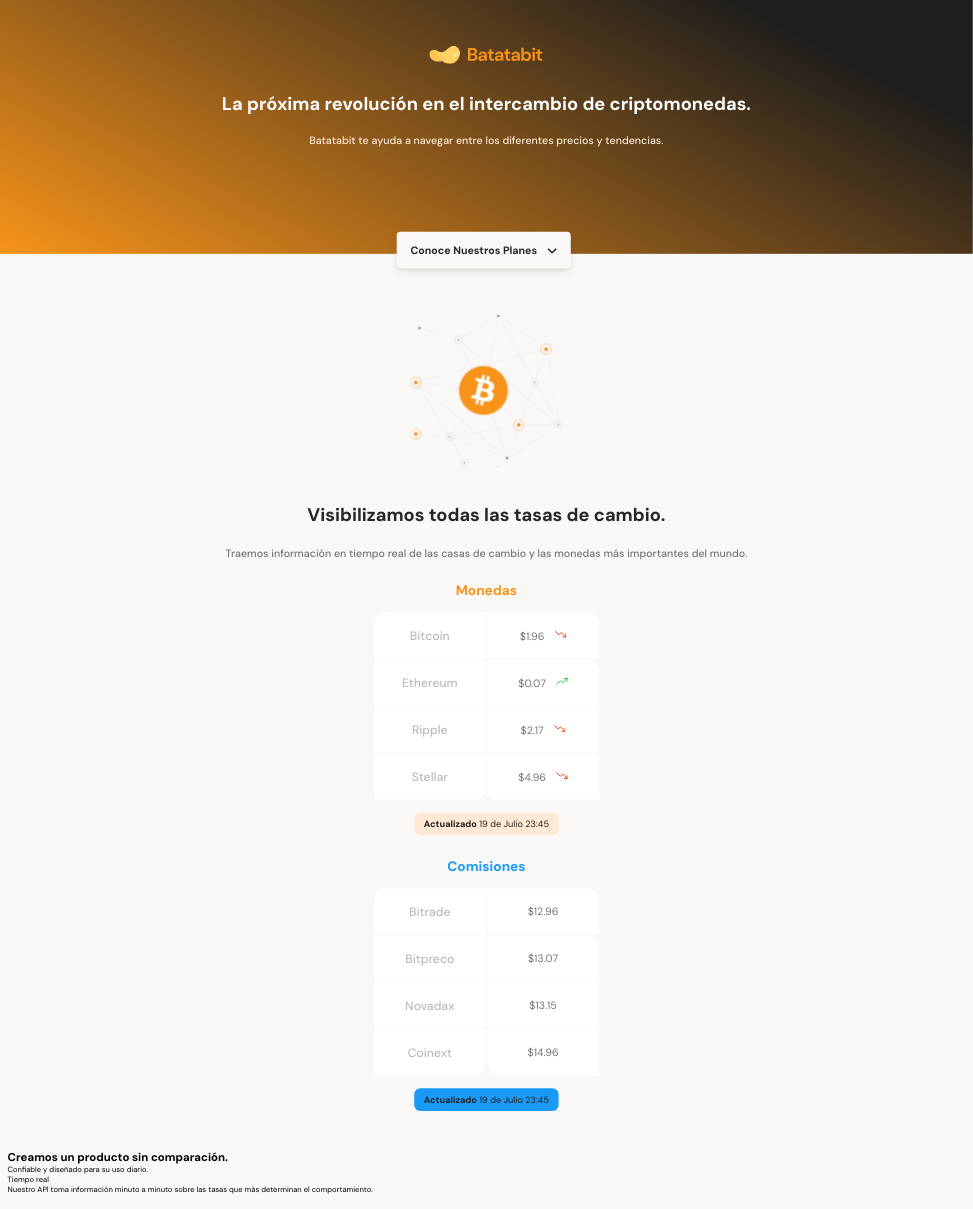
Repository: ChristianGecchelin/spa-full-css-html
Page: index.html
These files come from the project's save history. The page is drawn as it stood at one moment and after the next save; the edit follows.
The browser window is 1280 px wide. The pictures show the whole page, at 76% of full size.

Above is the page before, as saved 2021-11-29 19:41:20.

### index.html
<!DOCTYPE html>
<html lang="en">
  <head>
    <meta charset="UTF-8" />
    <meta http-equiv="X-UA-Compatible" content="IE=edge" />
    <meta name="viewport" content="width=device-width, initial-scale=1.0" />
    <title></title>
    <link rel="preconnect" href="https://fonts.googleapis.com" />
    <link rel="preconnect" href="https://fonts.gstatic.com" crossorigin />
    <link
      href="https://fonts.googleapis.com/css2?family=DM+Sans:wght@400;500;700&family=Inter:wght@300;500&display=swap"
      rel="stylesheet"
    />
    <link rel="stylesheet" href="./styles/styles.css" />
  </head>
  <!-- shift+alt+A para comentar -->
  <body>
    <header>
      <!-- Las etiquetas principales no necesitan ponerle clase porque solo hay una en el archivo -->
      <img src="./assets/img/logo.svg" alt="logo" />
      <div class="header--title-container">
        <h1>La próxima revolución en el intercambio de criptomonedas.</h1>
        <p>
          Batatabit te ayuda a navegar entre los diferentes precios y
          tendencias.
        </p>
        <a class="header--button" href=""
          >Conoce Nuestros Planes <span></span
        ></a>
      </div>
    </header>
    <main>
      <section class="main-exchange-container">
        <div class="backgroundImg"></div>
        <div class="main-exchange-container--title">
          <h2>Visibilizamos todas las tasas de cambio.</h2>
          <p>
            Traemos información en tiempo real de las casas de cambio y las
            monedas más importantes del mundo.
          </p>
        </div>
        <section class="main-tables-container">
          <!-- creo otra seccion porque tengo mucha información para mostrar -->
          <div class="main-currency-table">
            <p class="currency-table--title">Monedas</p>
            <div class="currency-table--container">
              <table>
                <tr>
                  <!-- table row --><!-- table data, info de la tabla -->
                  <td class="table__top-left">Bitcoin</td>
                  <td class="table__top-right table__right">
                    $1.96 <span class="down"></span>
                  </td>
                </tr>
                <tr>
                  <td>Ethereum</td>
                  <td class="table__top-right table__right">
                    $0.07 <span class="up"></span>
                  </td>
                </tr>
                <tr>
                  <td>Ripple</td>
                  <td class="table__right">$2.17 <span class="down"></span></td>
                </tr>
                <tr>
                  <td class="table__bottom-left">Stellar</td>
                  <td class="table__bottom-right table__right">
                    $4.96 <span class="down"></span>
                  </td>
                </tr>
              </table>
            </div>
            <div class="currency-table--date">
              <p><b>Actualizado</b> 19 de Julio 23:45</p>
            </div>
          </div>
          <div class="main-comissions-table">
            <p class="comissions-table--title">Comisiones</p>
            <div class="comissions-table--container">
              <table>
                <tr>
                  <!-- table row --><!-- table data, info de la tabla -->
                  <td class="table__top-left">Bitrade</td>
                  <td class="table__top-right table__right">$12.96</td>
                </tr>
                <tr>
                  <td>Bitpreco</td>
                  <td class="table__top-right table__right">$13.07</td>
                </tr>
                <tr>
                  <td>Novadax</td>
                  <td class="table__right">$13.15</td>
                </tr>
                <tr>
                  <td class="table__bottom-left">Coinext</td>
                  <td class="table__bottom-right table__right">$14.96</td>
                </tr>
              </table>
            </div>
            <div class="comissions-table--date">
              <p><b>Actualizado</b> 19 de Julio 23:45</p>
            </div>
          </div>
        </section>
      </section>
      <section class="main-product-detail">
        <span></span>
        <div class="product-detail--title">
          <h2>Creamos un producto sin comparación.</h2>
          <p>Confiable y diseñado para su uso diario.</p>
        </div>
        <section class="product-cards--container">
          <article class="product-detail--card">
            <span class="clock"></span>
            <p class="product--card-title">Tiempo real</p>
            <p class="product--card-body">
              Nuestro API toma información minuto a minuto sobre las tasas que
              más determinan el comportamiento.
            </p>
          </article>
        </section>
      </section>
      <section></section>
      <section></section>
    </main>
    <footer></footer>
  </body>
</html>

### styles/styles.css
/* shift+alt+A para comentar */
/*  1° estilos relacionados a posicionamiento
    2° Modelo de caja (box model width height lo que da dimensión)
    3° Tipografías
    4° Visuales (sombras)
    5° Otros */
:root {
  /* colores (creo variables para no andar buscando los codigos */
  --bitcoin-orange: #f7931a;
  --soft-orange: #ffe9d5;
  --secondary-blue: #1a9af7;
  --soft-blue: #e7f5ff;
  --warm-black: #201e1c;
  --black: #282623;
  --grey: #bababa;
  --off-white: #faf8f7;
  --just-white: #fff;
}
* {
  box-sizing: border-box;
  margin: 0;
  padding: 0;
}
html {
  font-size: 62.5%;
  font-family: "DM Sans", sans-serif;
}
header {
  position: relative;
  display: flex;
  flex-direction: column;
  justify-content: center;
  width: 100%;
  min-width: 320px; /* dimensión más chica en moviles */
  height: 334px;
  text-align: center;
  background: linear-gradient(
    207.8deg,
    #201e1c 16.69%,
    #f7931a 100%
  ); /* el fondo con gradiente */
}
header img {
  width: 150px;
  height: 24px;
  margin-top: 60px;
  align-self: center; /* alineo al hijo (el padre debe tener flex) este caso es alineado horizontal porque el flex-direction es column */
}
.header--title-container {
  width: 90%; /* ocupa el 90% entre 288 y 900px */
  min-width: 288px;
  max-width: 900px;
  height: 218px;
  margin-top: 40px;
  text-align: center;
  align-self: center; /* centro el contenedor */
}
.header--title-container h1 {
  font-size: 2.4rem;
  font-weight: 700;
  line-height: 2.6rem;
  color: var(
    --just-white
  ); /* llamo la variable que cree en root para los colores */
}
.header--title-container p {
  margin-top: 25px;
  font-size: 1.4rem;
  font-weight: 500;
  line-height: 1.8rem;
  color: var(--soft-orange);
}
.header--title-container .header--button {
  position: absolute;
  top: 270px;
  left: calc(
    50% - 118px
  ); /* es importante dejar espacios entre el signo menos y los valores */
  display: block;
  margin-top: 35px;
  padding: 15px;
  width: 229px;
  height: 48px;
  background-color: var(--off-white);
  font-size: 1.4rem;
  font-weight: 700;
  text-decoration: none;
  color: var(--black);
  /* sombras */
  box-shadow: 0px 4px 8px rgba(89, 73, 30, 0.16);
  border: none;
  border-radius: 5px;
}
.header--button span {
  display: inline-block;
  width: 13px;
  height: 8px;
  margin-left: 10px;
  background-image: url(../assets/icons/down-arrow.svg);
}
main {
  width: 100%;
  height: auto;
  background-color: var(--off-white);
  min-width: 320px;
}
.main-exchange-container {
  width: 100%;
  height: auto;
  padding-top: 80px;
  padding-bottom: 30px;
  text-align: center;
}
.main-exchange-container--title {
  width: 90%;
  min-width: 288px;
  max-width: 900px;
  margin: 0 auto;
}
.main-exchange-container .backgroundImg {
  /* le tengo que dar dimensiones porque en el html la imagen no existe */
  width: 200px;
  height: 200px;
  margin: 0 auto;
  margin-bottom: 50px;
  background-image: url(../assets/img/Bitcoin.svg);
  background-size: cover;
  background-position: center;
  background-repeat: no-repeat; /* con estas propiedades de background garantizo que la imagen siempre va a estar centrada y que ocupe el espacio correcto */
}
.main-exchange-container h2 {
  margin-bottom: 30px;
  font-size: 2.4rem;
  font-weight: 700;
  line-height: 2.6rem;
  color: var(--black);
}
.main-exchange-container p {
  margin-bottom: 30px;
  font-size: 1.4rem;
  font-weight: 500;
  line-height: 1.6rem;
  color: #757575;
}
.main-currency-table .main-comissions-table {
  width: 70%;
  min-width: 235px;
  max-width: 500px;
  height: 360px;
  margin: 0 auto;
  font-family: "inter", "sans-serif";
}
.main-currency-table .currency-table--title,
.main-comissions-table .comissions-table--title {
  margin-bottom: 15px;
  font-size: 1.8rem;
  font-weight: bold;
  line-height: 2.3rem;
  color: var(--bitcoin-orange);
}
.main-comissions-table .comissions-table--title {
  margin-top: 30px;
  color: var(--secondary-blue);
}
.main-currency-table .currency-table--container,
.main-comissions-table .comissions-table--container {
  width: 90%;
  min-width: 230px;
  max-width: 300px;
  height: 250px;
  margin: 0 auto;
}
.currency-table--container table,
.comissions-table--container table {
  width: 100%;
  height: 100%;
}
.currency-table--container td,
.comissions-table--container td {
  width: 50%;
  font-size: 1.6rem;
  font-weight: 500;
  line-height: 1.9rem;
  color: var(--grey);
  background-color: var(--just-white);
}
.currency-table--container .table__top-left,
.comissions-table--container .table__top-left {
  border-radius: 15px 0 0 0;
}
.currency-table--container .table__top-right,
.comissions-table--container .table__top-right {
  border-radius: 0 15px 0 0;
}
.currency-table--container .table__bottom-left,
.comissions-table--container .table__bottom-left {
  border-radius: 0 0 15px 0;
}
.currency-table--container .table__bottom-right,
.comissions-table--container .table__bottom-right {
  border-radius: 0 0 0 15px;
}
.currency-table--container .table__right,
.comissions-table--container .table__right {
  font-size: 1.4rem;
  font-weight: normal;
  line-height: 1.7rem;
  color: #757575;
}
.currency-table--container .down,
.main-comissions-table .down {
  display: inline-block;
  width: 15px;
  height: 15px;
  margin-left: 10px;
  background-image: url(../assets/icons/trending-down.svg);
  background-size: cover;
  background-position: center;
  background-repeat: no-repeat;
}
.currency-table--container .up,
.main-comissions-table .up {
  display: inline-block;
  width: 15px;
  height: 15px;
  margin-left: 10px;
  background-image: url(../assets/icons/trending-up.svg);
  background-size: cover;
  background-position: center;
  background-repeat: no-repeat;
}
.currency-table--date,
.comissions-table--date {
  width: 190px;
  height: 30px;
  margin: 0 auto;
  margin-top: 15px;
  padding: 8px;
  background-color: var(--soft-orange);
  border-radius: 8px;
}
.comissions-table--date {
  background-color: var(--secondary-blue);
}
.currency-table--date p,
.comissions-table--date p {
  font-size: 1.2rem;
  line-height: 1.5rem;
  color: var(--warm-black);
  font-weight: 300;
}
.main-product-detail {
  position: relative;
  width: 100%;
  min-width: 320px;
  height: auto;
  padding: 20px 10px;
}

After the next save:
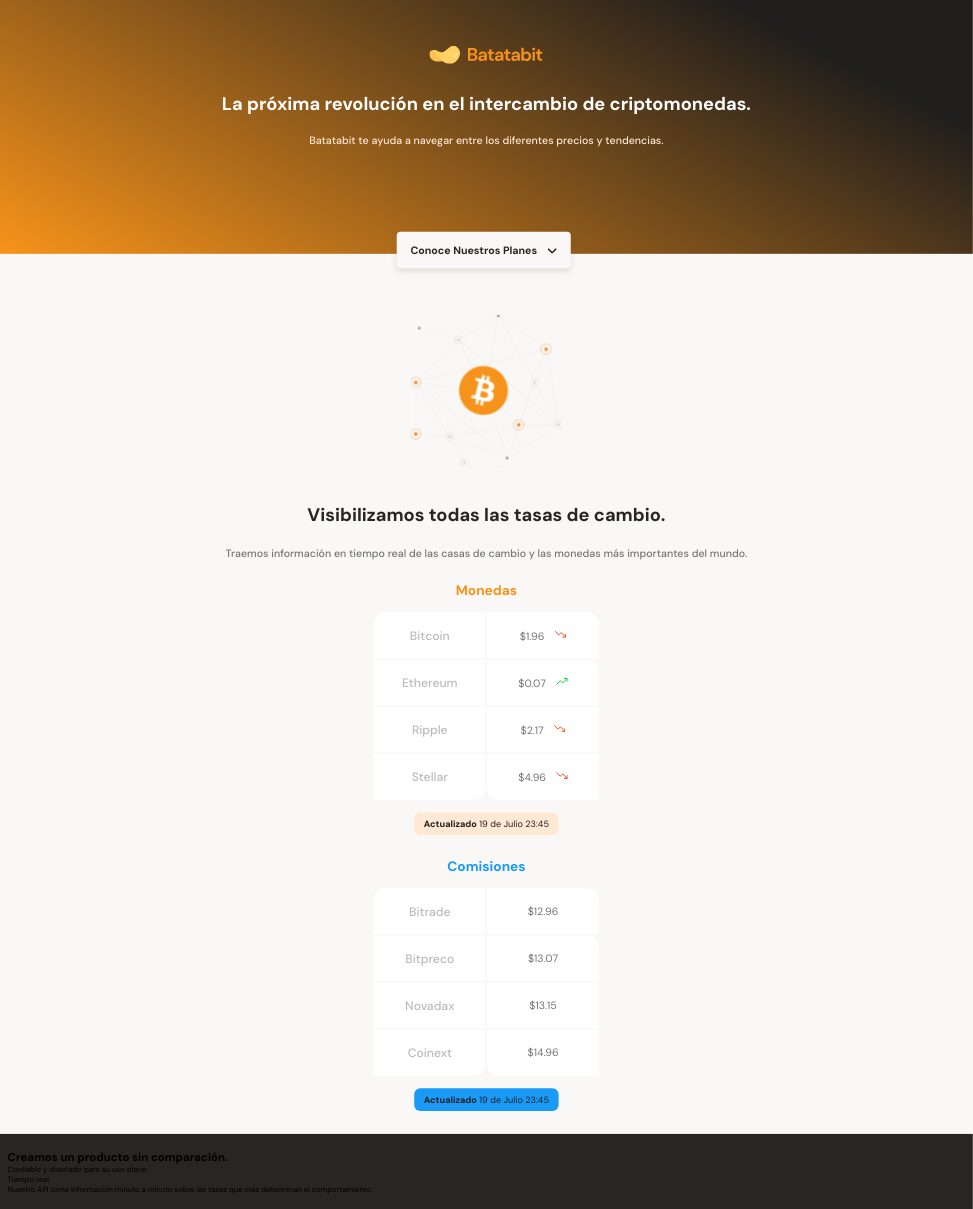
Saved 45 s later.
--- a/styles/styles.css
+++ b/styles/styles.css
@@ -255,4 +255,5 @@
   min-width: 320px;
   height: auto;
   padding: 20px 10px;
-}
+  background-color: var(--black);
+}
